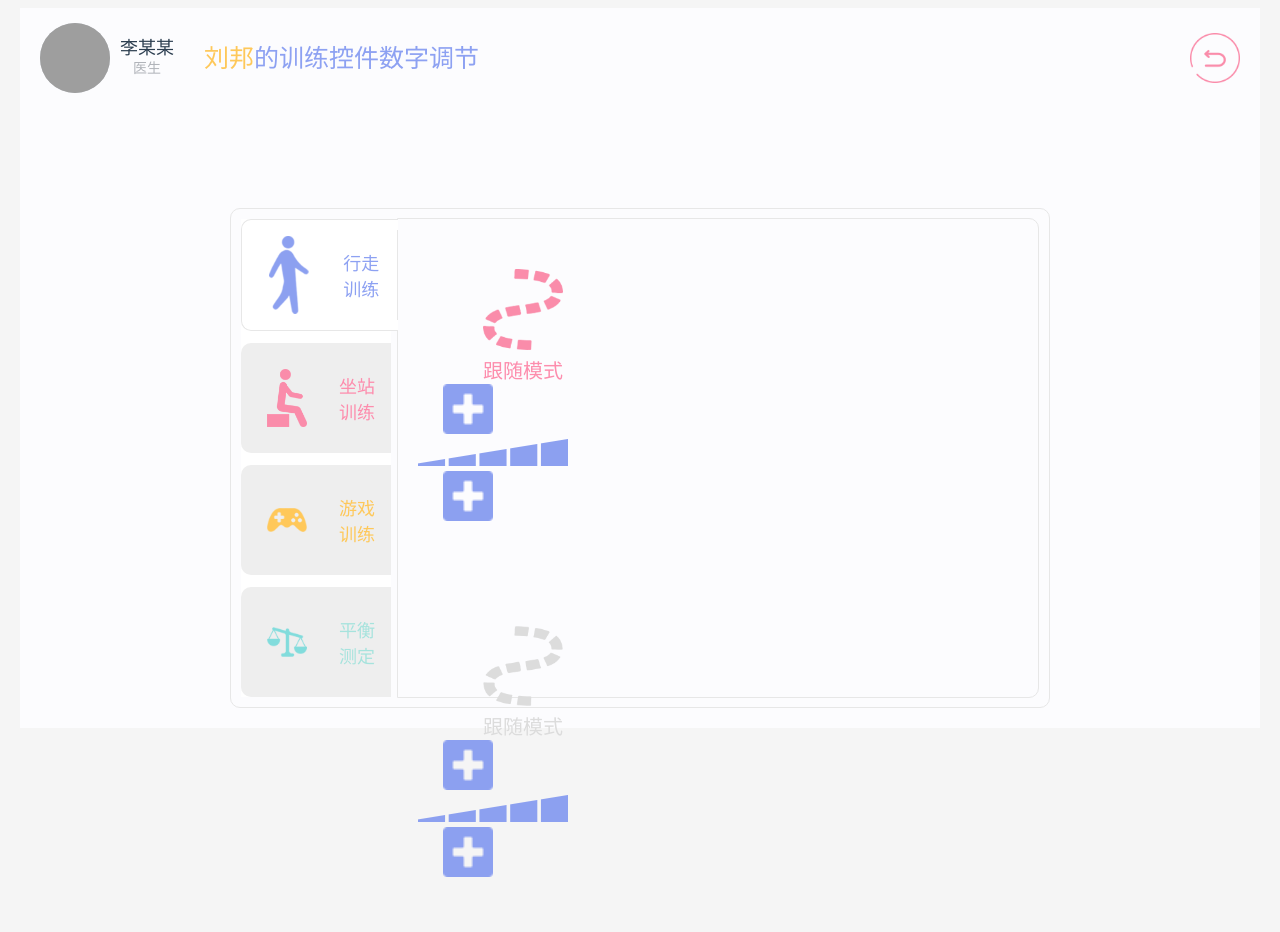
Repository: wangdanqing90/electron-vue-doctor
Page: /#/trainingAdjust
These files come from the project's save history. The page is drawn as it stood at one moment and after the next save; the edit follows.
The browser window is 1280 px wide. The pictures show the whole page.
Pictures or frames that could not be fetched are drawn as grey boxes. The project was rebuilt for these pictures with package versions that can differ from the ones it lists, and the page was loaded fresh each time. Also part of the build but not shown: vue.config.js, src/views/Home.vue, src/assets/styles/variable.scss, src/assets/styles/iconfont.css.

Above is the page before, as saved 2020-01-15 11:07:55.

### public/index.html
<!DOCTYPE html>
<html lang="en">
  <head>
    <meta charset="utf-8">
    <meta http-equiv="X-UA-Compatible" content="IE=edge">
    <meta name="viewport" content="width=device-width,initial-scale=1.0">
    <link rel="icon" href="<%= BASE_URL %>favicon.ico">
    <title>electron-vue-demo</title>
  </head>
  <body>
    <noscript>
      <strong>We're sorry but electron-vue-demo doesn't work properly without JavaScript enabled. Please enable it to continue.</strong>
    </noscript>
    <div id="app"></div>
    <!-- built files will be auto injected -->
  </body>
</html>

### src/main.js
import Vue from 'vue'
import ElementUI from 'element-ui';
import 'element-ui/lib/theme-chalk/index.css';
import App from './App.vue'
import router from './router'
import store from './store'


import './assets/styles/variable.scss';
import './assets/styles/base.scss';
import './assets/styles/common.scss';
import './assets/styles/iconfont.css';
import common from './assets/js/common.js';


Vue.config.productionTip = false;
Vue.prototype.common = common;
Vue.use(ElementUI);


var vm = new Vue({
  router,
  store,
  render: h => h(App)
}).$mount('#app')





//var addon = require('bindings')('hello');var addon = require('bindings')('hello');
//alert(addon.hello()); // 'world'

### src/App.vue
<template>
  <div id="app">
    <!-- <div id="nav">
      <router-link to="/">Home</router-link> |
      <router-link to="/about">About</router-link>
    </div>-->
    <keep-alive>
      <router-view v-if="$route.meta.keepAlive"></router-view>
    </keep-alive>
    <router-view v-if="!$route.meta.keepAlive"></router-view>
  </div>
</template>

<style lang="scss">
#app {
  font-family: "Avenir", Helvetica, Arial, sans-serif;
  -webkit-font-smoothing: antialiased;
  -moz-osx-font-smoothing: grayscale;
  text-align: center;
  color: #2c3e50;
  height: 100%;
}
#nav {
  padding: 30px;
  a {
    font-weight: bold;
    color: #2c3e50;
    &.router-link-exact-active {
      color: #42b983;
    }
  }
}
</style>

### src/assets/styles/base.scss
html {
  background: #f5f5f5;
  height: 100%;
}

body {
  height: 100%;
}

p {
  margin: 0;
  padding: 0;
}

ol,
ul {
  list-style: none;
  margin: 0;
  padding: 0;
}

a {
  cursor: pointer;
}

.wrap-white {
  background: #fff;
  padding-left: 20px;
  padding-right: 20px;
  overflow: hidden;

}

.el-breadcrumb {
  margin-bottom: 15px;
}

.el-titleText {
  font-size: 20px;
  color: black;
  height: 64px;
  line-height: 64px;
}

//::-webkit-scrollbar {
//  width: 5px;
//  height: 5px;
//}
//
//::-webkit-scrollbar:horizontal {
//  height: 15px;
//}
//
//::-webkit-scrollbar-track-piece:vertical {
//  background-color: rgba(0, 0, 0, 0.2);
//  -webkit-border-radius: 6px;
//}
//
//::-webkit-scrollbar-track:horizontal {
//  background-color: rgba(0, 0, 0, 0.2);
//}
//
//::-webkit-scrollbar-thumb:vertical {
//  height: 5px;
//  background-color: rgba(125, 125, 125, 0.7);
//  -webkit-border-radius: 6px;
//}
//
//::-webkit-scrollbar-thumb:horizontal {
//  width: 5px;
//  background-color: rgba(125, 125, 125, 0.7);
//}

input[type="text"],
input[type="number"] {
  //-webkit-appearance: none;
  background-color: #fff;
  border-radius: 4px;
  border: 1px solid #d8dce5;
  box-sizing: border-box;
  color: #5a5e66;
  display: inline-block;
  font-size: inherit;
  height: 40px;
  line-height: 1;
  outline: 0;
  padding: 0 15px;
  -webkit-transition: border-color .2s cubic-bezier(.645, .045, .355, 1);
  transition: border-color .2s cubic-bezier(.645, .045, .355, 1);
  width: 100%;

  &:hover {
    border-color: #b4bccc;
  }

  &:focus {
    border-color: #409EFF;
    outline: 0;
  }
}

/*滚动条*/
::-webkit-scrollbar {
  -webkit-appearance: none;
}

::-webkit-scrollbar:vertical {
  width: 10px;
}

::-webkit-scrollbar:horizontal {
  height: 10px;
}

::-webkit-scrollbar-thumb {
  background-color: rgba(0, 0, 0, .5);
  border-radius: 10px;
  border: 2px solid #ffffff;
}

::-webkit-scrollbar-track {
  border-radius: 10px;
  background-color: #ffffff;
}

/*margin*/
.margin-bottom-240 {
  margin-bottom: 240px;
}

.margin-top--10 {
  margin-top: -10px;
}

.margin-top--15 {
  margin-top: -15px;
}

.margin-top--18 {
  margin-top: -18px;
}

.margin-top--20 {
  margin-top: -20px;
}

.margin-top--40 {
  margin-top: -40px;
}

.margin-top--60 {
  margin-top: -60px;
}

.margin-top--80 {
  margin-top: -80px;
}

.margin-top--180 {
  margin-top: -180px;
}

.margin-top-0 {
  margin-top: 0px !important;
}

.margin-top-10 {
  margin-top: 10px;
}

.margin-top-15 {
  margin-top: 15px;
}

.margin-top-20 {
  margin-top: 20px;
}

.margin-top-25 {
  margin-top: 25px;
}

.margin-top-30 {
  margin-top: 30px;
}

.margin-top-35 {
  margin-top: 35px;
}

.margin-top-40 {
  margin-top: 40px;
}

.margin-top-46 {
  margin-top: 46px;
}

.margin-top-50 {
  margin-top: 50px;
}

.margin-top-60 {
  margin-top: 60px;
}

.margin-top-70 {
  margin-top: 70px;
}

.margin-top-80 {
  margin-top: 80px;
}

.margin-top-100 {
  margin-top: 100px;
}

.margin-bottom-0 {
  margin-bottom: 0px !important;
}

.margin-bottom-5 {
  margin-bottom: 5px;
}

.margin-bottom-10 {
  margin-bottom: 20px;
}

.margin-bottom-20 {
  margin-bottom: 20px;
}

.margin-bottom-25 {
  margin-bottom: 25px;
}

.margin-bottom-30 {
  margin-bottom: 30px;
}

.margin-bottom-40 {
  margin-bottom: 40px;
}

.margin-bottom-50 {
  margin-bottom: 50px;
}

.margin-bottom-60 {
  margin-bottom: 60px;
}

.margin-bottom-70 {
  margin-bottom: 70px;
}

.margin-left-0 {
  margin-left: 0px !important;
}

.margin-left-5 {
  margin-left: 5px;
}

.margin-left--15 {
  margin-left: -15px;
}

.margin-left--35 {
  margin-left: -35px;
}

.margin-left-10 {
  margin-left: 10px;
}

.margin-left-25 {
  margin-left: 25px;
}

.margin-left-30 {
  margin-left: 30px;
}

.margin-left-40 {
  margin-left: 40px;
}

.margin-right-0 {
  margin-right: 0px;
}

.margin-right-5 {
  margin-right: 5px;
}

.margin-right-10 {
  margin-right: 10px;
}

.margin-right-30 {
  margin-right: 30px;
}


.margin-right--15 {
  margin-right: -15px;
}

.margin-right--35 {
  margin-right: -35px;
}

.margin-right--50 {
  margin-right: -50px;
}

.margin-0 {
  margin: 0px;
}

.padding-top-5 {
  padding-top: 5px;
}

.padding-top-10 {
  padding-top: 10px;
}

.padding-top-15 {
  padding-top: 15px;
}

.padding-top-20 {
  padding-top: 20px;
}

.padding-top-26 {
  padding-top: 26px;
}

.padding-top-30 {
  padding-top: 30px;
}

.padding-top-35 {
  padding-top: 35px;
}

.padding-top-40 {
  padding-top: 40px;
}

.padding-top-60 {
  padding-top: 60px;
}

.padding-top-70 {
  padding-top: 70px;
}

.padding-top-100 {
  padding-top: 100px;
}

.padding-top-150 {
  padding-top: 150px;
}

.padding-top-250 {
  padding-top: 250px;
}

.padding-left-0 {
  padding-left: 0px;
}

.padding-left-5 {
  padding-left: 5px;
}

.padding-left-7 {
  padding-left: 7.5px;
}

.padding-left-10 {
  padding-left: 10px;
}

.padding-left-12 {
  padding-left: 12px;
}

.padding-left-15 {
  padding-left: 15px;
}

.padding-left-20 {
  padding-left: 20px;
}

.padding-left-24 {
  padding-left: 24px;
}

.padding-left-30 {
  padding-left: 30px;
}

.padding-left-40 {
  padding-left: 40px;
}

.padding-left-50 {
  padding-left: 50px;
}

.padding-left-70 {
  padding-left: 70px;
}

.padding-left-90 {
  padding-left: 90px;
}

.padding-bottom-5 {
  padding-bottom: 5px;
}

.padding-bottom-10 {
  padding-bottom: 10px;
}

.padding-bottom-20 {
  padding-bottom: 20px;
}

.padding-bottom-26 {
  padding-bottom: 26px;
}

.padding-bottom-30 {
  padding-bottom: 30px;
}

.padding-bottom-40 {
  padding-bottom: 40px;
}

.padding-bottom-50 {
  padding-bottom: 50px;
}

.padding-bottom-60 {
  padding-bottom: 60px;
}

.padding-bottom-100 {
  padding-bottom: 100px;
}

.padding-right-0 {
  padding-right: 0px;
}

.padding-right-7 {
  padding-right: 7.5px;
}

.padding-right-15 {
  padding-right: 15px;
}

.padding-right-30 {
  padding-right: 30px;
}

.padding-right-40 {
  padding-right: 40px;
}

.padding-right-50 {
  padding-right: 50px;
}

.padding-right-60 {
  padding-right: 60px;
}

.padding-right-90 {
  padding-right: 90px;
}

.padding-0 {
  padding: 0px !important;
}

.padding-15 {
  padding: 15px;
}

.padding-20 {
  padding: 20px;
}

@media (min-width: 992px) {
  .margin-left-15 {
    margin-left: 15px;
  }

  .margin-right-15 {
    margin-right: 15px;
  }
}

body {
  font-size: 12px;
  color: #7F8FA4;
  font-family: "Helvetica Neue", Helvetica, "PingFang SC", "Hiragino Sans GB", "Microsoft YaHei", "微软雅黑", Arial, sans-serif;
  box-sizing: border-box;
}

.container {
  width: 1200px;
  min-height: 100%;
  margin: 0 auto;
  background: #fcfcfe;
  padding: 0 20px;
}

.el-dialog__body {
  font-size: 12px;
}

.pb10 {
  padding-bottom: 10px;
}

.pb30 {
  padding-bottom: 30px;
}

.mb30 {
  margin-bottom: 30px;
}

.toolbar {
  background: #fff;
  padding: 10px;
  margin: 10px 0px;
  text-align: center;
}

.handleMoreWrap .el-dialog__body {
  padding: 10px;
}

.handleMore-title {
  text-align: center;
  padding-bottom: 6px;
}

.handleMoreHeight {
  max-height: 300px;
  overflow: hidden;
  overflow-y: auto;
  border-top: 1px solid #ddd;
  padding-top: 10px;
}

.el-table__header th {
  white-space: nowrap;
  font-size: 12px;
  font-weight: 100;
}

.content-wrapper {
  -webkit-overflow-scrolling: touch;
}

.center {
  text-align: center;
}

.text-right {
  text-align: right;
}

.text-left {
  text-align: left;
}

.f-left {
  float: left;
}

.f-right {
  float: right;
}

.hand {
  cursor: pointer;
}

/*flex兼容*/
.display_flex {
  display: -webkit-box;
  display: -ms-flexbox;
  display: -webkit-flex;
  display: flex;
}

// .display_flex>* {
//   display: block;
// }

.display_inline-flex {
  display: -webkit-inline-box;
  display: -ms-inline-flexbox;
  display: -webkit-inline-flex;
  display: inline-flex;
}

// .display_inline-flex>* {
//   display: block;
// }

/*伸缩流方向*/
.flex-direction_column {
  -webkit-box-orient: vertical;
  -ms-flex-direction: column;
  -webkit-flex-direction: column;
  flex-direction: column;
}

/*主轴对齐*/
.justify-content_flex-center {
  -webkit-box-pack: center;
  -ms-flex-pack: center;
  -webkit-justify-content: center;
  justify-content: center;
}

.justify-content_flex-start {
  -webkit-box-pack: start;
  -ms-flex-pack: start;
  -webkit-justify-content: flex-start;
  justify-content: flex-start;
}

.justify-content_flex-end {
  -webkit-box-pack: end;
  -ms-flex-pack: end;
  -webkit-justify-content: flex-end;
  justify-content: flex-end;
}

.justify-content_flex-justify {
  -webkit-box-pack: justify;
  -ms-flex-pack: justify;
  -webkit-justify-content: space-between;
  justify-content: space-between;
}

.justify-content_flex-around {
  -webkit-box-pack: justify;
  -ms-flex-pack: justify;
  -webkit-justify-content: space-around;
  justify-content: space-around;
}

/*侧轴对齐*/
.align-items_flex-start {
  -webkit-box-align: start;
  -ms-flex-align: start;
  -webkit-align-items: flex-start;
  align-items: flex-start;
}

.align-items_flex-end {
  -webkit-box-align: end;
  -ms-flex-align: end;
  -webkit-align-items: flex-end;
  align-items: flex-end;
}

.align-items_center {
  -webkit-box-align: center;
  -ms-flex-align: center;
  -webkit-align-items: center;
  align-items: center;
}

.align-items_baseline {
  -webkit-box-align: baseline;
  -ms-flex-align: baseline;
  -webkit-align-items: baseline;
  align-items: baseline;
}

/*伸缩性*/
.flex_auto {
  -webkit-box-flex: 1;
  -ms-flex: auto;
  -webkit-flex: auto;
  flex: auto;
}

.flex_1 {
  width: 0;
  -webkit-box-flex: 1;
  -ms-flex: 1;
  -webkit-flex: 1;
  flex: 1;
}

/*显示顺序*/
.order_2 {
  -webkit-box-ordinal-group: 2;
  -ms-flex-order: 2;
  -webkit-order: 2;
  order: 2;
}

.order_3 {
  -webkit-box-ordinal-group: 3;
  -ms-flex-order: 3;
  -webkit-order: 3;
  order: 3;
}

### src/assets/styles/common.scss
.clearfix {

  &::after {
    display: block;
    height: 0;
    content: ".";
    clear: both;
    visibility: hidden;
  }
}

.float-left {
  float: left;
}

.float-right {
  float: right;
}

.align-left {
  text-align: left;
}

.align-right {
  text-align: right;
}

.small-size {
  font-size: 12px !important;
}

.large-size {
  font-size: 16px !important;
}

.New-elFrom {
  padding: 10px;
  background: #fff;

  .el-form-item {
    margin-bottom: 0;
  }

  .el-form-item__label {
    padding: 0;
    line-height: 30px;
    font-size: 12px;
    color: #7F8FA4;

  }

  .el-form-item__content-btn {
    text-align: center;
    padding: 20px 0 10px;
  }

  .el-select {
    display: block;
  }

  .el-date-editor.el-input,
  .el-input-number--medium {
    width: 100%;
  }
}

.el-radio-group {
  display: flex;
  display: -webkit-flex;
}

.el-radio-group .el-radio-button {
  flex: 1;
}



.el-button.purple,
.el-button.purple:active,
.el-button.purple:focus,
.el-button.purple:hover {
  color: white;
  background-color: #8c69e7;
  border: none;
  box-shadow: 0 2px 12px 0 rgba(240, 240, 240, 0.1)
}



.el-dialog {
  border-radius: 10px;

  .el-dialog__body {
    .purple {
      color: $purpleFontColor;
      font-size: 20px;
    }
  }
}

.el-form-item__label {
  color: $purpleFontColor;
}

.el-message-box .el-message-box__content {
  color: $purpleFontColor;
  font-size: 20px;
  margin: 30px 0;
  text-align: center;
}

.purpleFontColor {
  color: $purpleFontColor;
}

.pinkFontColor {
  color: $pinkFontColor;
}

.greenFontColor {
  color: $greenFontColor;
}

.yellowFontColor {
  color: $yellowFontColor;
}

### src/assets/js/common.js
1
export default {
    login: function () {
        console.log("1111");
    },

    // 判断是否为空
    isNullOrBlank: function (strJudge) {
        return strJudge === null || strJudge === undefined || strJudge === '';
    },

    // 计算两个日期时间差
    DateDiff: function (sDate1, sDate2) { // sDate1和sDate2是2002-12-18格式
        var aDate, oDate1, oDate2, iDays
        aDate = sDate1.split('-')
        oDate1 = new Date(aDate[1] + '-' + aDate[2] + '-' + aDate[0])
        aDate = sDate2.split('-')
        oDate2 = new Date(aDate[1] + '-' + aDate[2] + '-' + aDate[0])
        iDays = parseInt(Math.abs(oDate1 - oDate2) / 1000 / 60 / 60 / 24)
        return iDays
    }
}

### src/views/TrainingAdjust/TrainingAdjust.vue
/* eslint-disable vue/no-unused-vars */
<template>
  <div class="container">
    <HeaderDoctor :leftImg="leftImg" :title="title" :titleName="titleName">
      <template v-slot:right>
        <div class="header-right-div display_flex justify-content_flex-center align-items_center">
          <img src="@/../images/back.png" @click="backClick" />
        </div>
      </template>
    </HeaderDoctor>

    <div class="inform-container">
      <div class="inform-inner display_flex justify-content_flex-justify align-items_center">
        <div
          class="left display_inline-flex flex-direction_column justify-content_flex-justify align-items_center"
        >
          <div
            class="left-inner"
            :class="activeClass == index ? 'active':''"
            v-for="(item,index) in tagList"
            :key="index"
            @click="getItem(index)"
          >
            <div
              class="left-inner-inner display_flex justify-content_flex-around align-items_center"
            >
              <img :src="item.imgsrc" />
              <div :class="item.colorClass">
                <div>{{item.name}}</div>
                <div>{{item.namebottom}}</div>
              </div>
            </div>
          </div>
        </div>
        <div class="right">
          <div
            class="adjust-container"
            :class="activeRightClass == index ? item.colorClass:''"
            v-for="(item,index) in adjustList"
            :key="index"
            @click="selectClick(index)"
          >
            <div class="top">
              <img :src="item.activeRightClass?item.selectedImg:item.unselectedImg" />
              <div>{{item.title}}</div>
            </div>
            <div class="bottom">
              <Adjust></Adjust>
            </div>
          </div>
        </div>
      </div>
    </div>
  </div>
</template>

<script>
import HeaderDoctor from "@/components/HeaderDoctor/HeaderDoctor.vue";
import Adjust from "@/components/Adjust/Adjust.vue";

export default {
  name: "trainingPlan",
  components: {
    HeaderDoctor,
    Adjust
  },

  data() {
    return {
      leftImg: "",
      activeClass: 0,
      activeRightClass: 0,
      tagList: [
        {
          name: "行走",
          namebottom: "训练",
          id: 1,
          imgsrc: require("@/../images/walkingtraining.png"),
          colorClass: "purpleFontColor"
        },
        {
          name: "坐站",
          namebottom: "训练",
          id: 2,
          imgsrc: require("@/../images/stationtraining.png"),
          colorClass: "pinkFontColor"
        },
        {
          name: "游戏",
          namebottom: "训练",
          id: 3,
          imgsrc: require("@/../images/gametraining.png"),
          colorClass: "yellowFontColor"
        },
        {
          name: "平衡",
          namebottom: "测定",
          id: 4,
          imgsrc: require("@/../images/balancedetermination.png"),
          colorClass: "greenFontColor"
        }
      ],
      adjustList: [
        {
          selectedImg: require("@/../images/followmode_0.png"),
          unselectedImg: require("@/../images/followmode_2.png"),
          title: "跟随模式",
          width: "210px",
          colorClass: "pinkFontColor",
          activeRightClass: true
        },
        {
          selectedImg: require("@/../images/followmode_0.png"),
          unselectedImg: require("@/../images/followmode_2.png"),
          title: "跟随模式",
          width: "210px",
          colorClass: "pinkFontColor",
          activeRightClass: false
        }
      ]
    };
  },
  created() {
    this.leftImg = require("../../../images/logo.png");
    this.title = "的训练控件数字调节";
    this.titleName = "刘邦";
  },
  methods: {
    backClick() {
      this.$router.go(-1);
    },
    getItem(index) {
      this.activeClass = index; // 把当前点击元素的index，赋值给activeClass
    },
    selectClick(index) {
      this.activeRightClass = index; // 把当前点击元素的index，赋值给activeClass
    }
  },
  watch: {}
};
</script>

<style scoped lang="scss">
.header {
  .header-right {
    img {
      width: 50px;
      margin-left: 20px;
    }
  }
}
.inform-container {
  box-sizing: border-box;
  margin: 100px auto;
  height: 500px;
  font-size: 12px;
  border-radius: 10px;
  border: 1px solid #e7e7e7;
  width: 820px;

  .inform-inner {
    box-sizing: border-box;
    padding: 10px;
    height: 100%;
    font-size: 18px;
    .left {
      width: 150px;
      background: white;
      height: 100%;
      z-index: 10;
      .left-inner {
        width: 100%;
        border-radius: 10px 0 0 10px;
        background: #eeeeee;
        .left-inner-inner {
          height: 90px;
          margin: 10px 0 10px 10px;
        }
        img {
          width: 40px;
        }
      }
      .active {
        background: white;
        border-top: 1px solid #e7e7e7;
        border-left: 1px solid #e7e7e7;
        border-bottom: 1px solid #e7e7e7;
        width: 156px;
        margin-right: -6px;
        .left-inner-inner {
          border-right: 1px solid #e7e7e7;
        }
      }
    }
    .right {
      width: 640px;
      height: 100%;
      border-top: 1px solid #e7e7e7;
      border-right: 1px solid #e7e7e7;
      border-bottom: 1px solid #e7e7e7;
      border-left: 1px solid #e7e7e7;
      border-radius: 0 10px 10px 0;
      color: #dcdcdc;
      .adjust-container {
        width: 210px;
        padding: 50px 20px;
        .purpleFontColor {
          color: $purpleFontColor;
        }

        .pinkFontColor {
          color: $pinkFontColor;
        }

        .greenFontColor {
          color: $greenFontColor;
        }

        .yellowFontColor {
          color: $yellowFontColor;
        }
        .top {
          font-size: 20px;
          img {
            width: 80px;
          }
        }
      }
    }
  }
}
</style>

### src/components/HeaderDoctor/HeaderDoctor.vue
// 头部组件
<template>
  <el-row>
    <el-col :span="24" class="header">
      <div
        @click="jumpDoctorInform"
        class="header-left f-left display_flex justify-content_flex-center align-items_center"
      >
        <el-avatar
          :size="70"
          src="https://cube.elemecdn.com/0/88/03b0d39583f48206768a7534e55bcpng.png"
        ></el-avatar>
        <div
          class="display_flex flex-direction_column justify-content_flex-center align-items_center margin-left-10"
        >
          <div class="name">李某某</div>
          <div class="job">医生</div>
        </div>
      </div>
      <div class="header-middle-name f-left">{{titleName}}</div>
      <div class="header-middle f-left">{{title}}</div>

      <div class="header-right f-right">
        <slot name="right"></slot>
      </div>
    </el-col>
  </el-row>
</template>

<script>
export default {
  name: "HeaderDoctor",
  props: {
    msg: String,
    leftImg: {
      type: String,
      default: "../../../images/logo.png"
    },
    title: { String, default: "" },
    titleName: { String, default: "" }
  },

  data() {
    return {};
  },

  created() {},
  beforeDestroy() {},
  beforeMount() {},
  mounted() {},
  destroyed() {},
  methods: {
    jumpDoctorInform() {
      this.$router.push({
        path: "/detailInform",
        name: "detailInform",
        query: { type: "doctor" }
      });
    }
  }
};
</script>

<style scoped lang="scss">
.header {
  height: 100px;
  line-height: 100px;
  .header-left {
    height: 100%;
    text-align: left;
    margin-right: 30px;
    img {
      width: 150px;
    }
    .name {
      height: 20px;
      line-height: 20px;
      font-size: 18px;
    }
    .job {
      height: 20px;
      line-height: 20px;
      font-size: 14px;
      color: #b0b3b9;
    }
  }
  .header-middle-name {
    font-size: 25px;

    color: $yellowFontColor;
  }
  .header-middle {
    font-size: 25px;

    color: $purpleFontColor;
  }
  .header-right {
    height: 100%;
  }
}

::v-deep .header-right-div {
  height: 100%;
}
</style>

### src/components/Adjust/Adjust.vue
// 调节组件
<template>
  <div class="adjust">
    <img class="adjustLeft" src="@/../images/add_1.png" />
    <img class="adjustMiddle" src="@/../images/blue_5.png" />
    <img class="adjustRight" src="@/../images/add_1.png" />
  </div>
</template>

<script>
export default {
  name: "Adjust",
  props: {
    msg: String,
    leftImg: {
      type: String,
      default: "../../../images/logo.png"
    },
    title: { String, default: "" }
  },

  data() {
    return {};
  },

  created() {},
  beforeDestroy() {},
  beforeMount() {},
  mounted() {},
  destroyed() {},
  methods: {}
};
</script>

<style scoped lang="scss">
.adjust {
  width: 100px;
  .adjustLeft,
  .adjustRight {
    width: 50px;
  }
  .adjustMiddle {
    width: 150px;
  }
}
</style>

Loaded but not shown: src/store.js (common file); src/router.js (99 lines, source omitted)

After the next save:
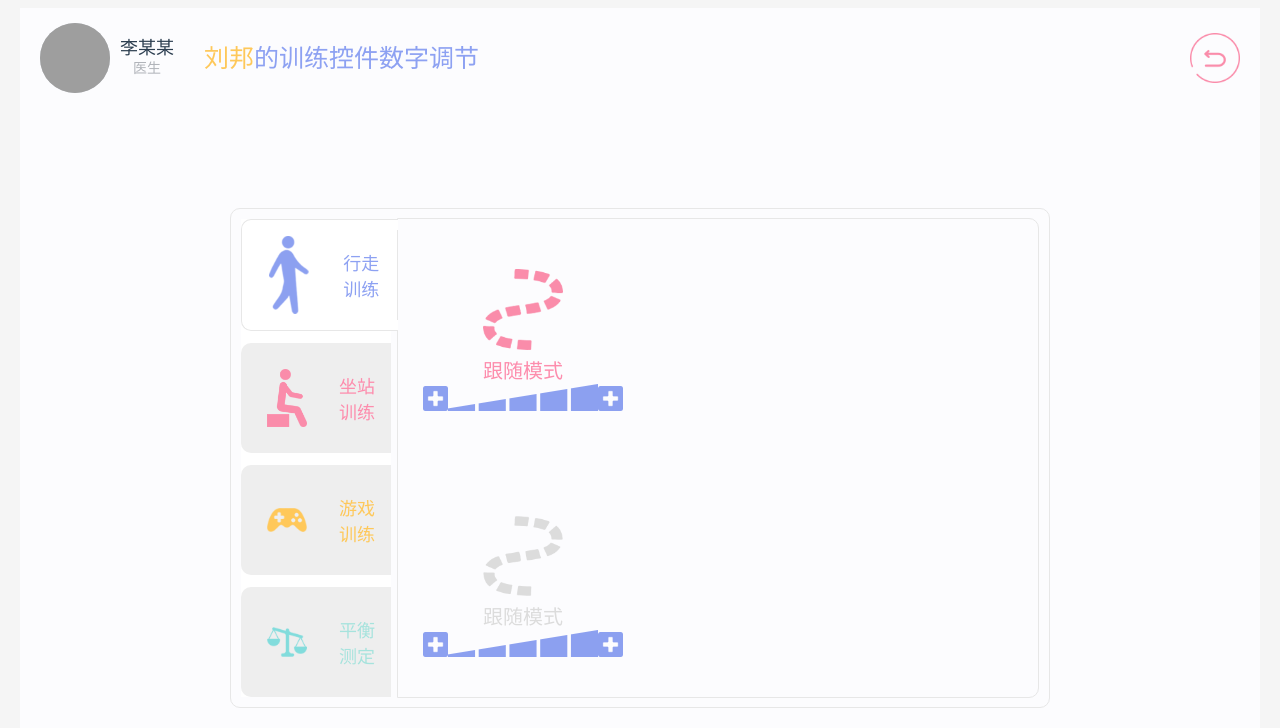
Saved 17 s later.
--- a/src/components/Adjust/Adjust.vue
+++ b/src/components/Adjust/Adjust.vue
@@ -34,10 +34,9 @@ export default {
 
 <style scoped lang="scss">
 .adjust {
-  width: 100px;
   .adjustLeft,
   .adjustRight {
-    width: 50px;
+    width: 25px;
   }
   .adjustMiddle {
     width: 150px;
